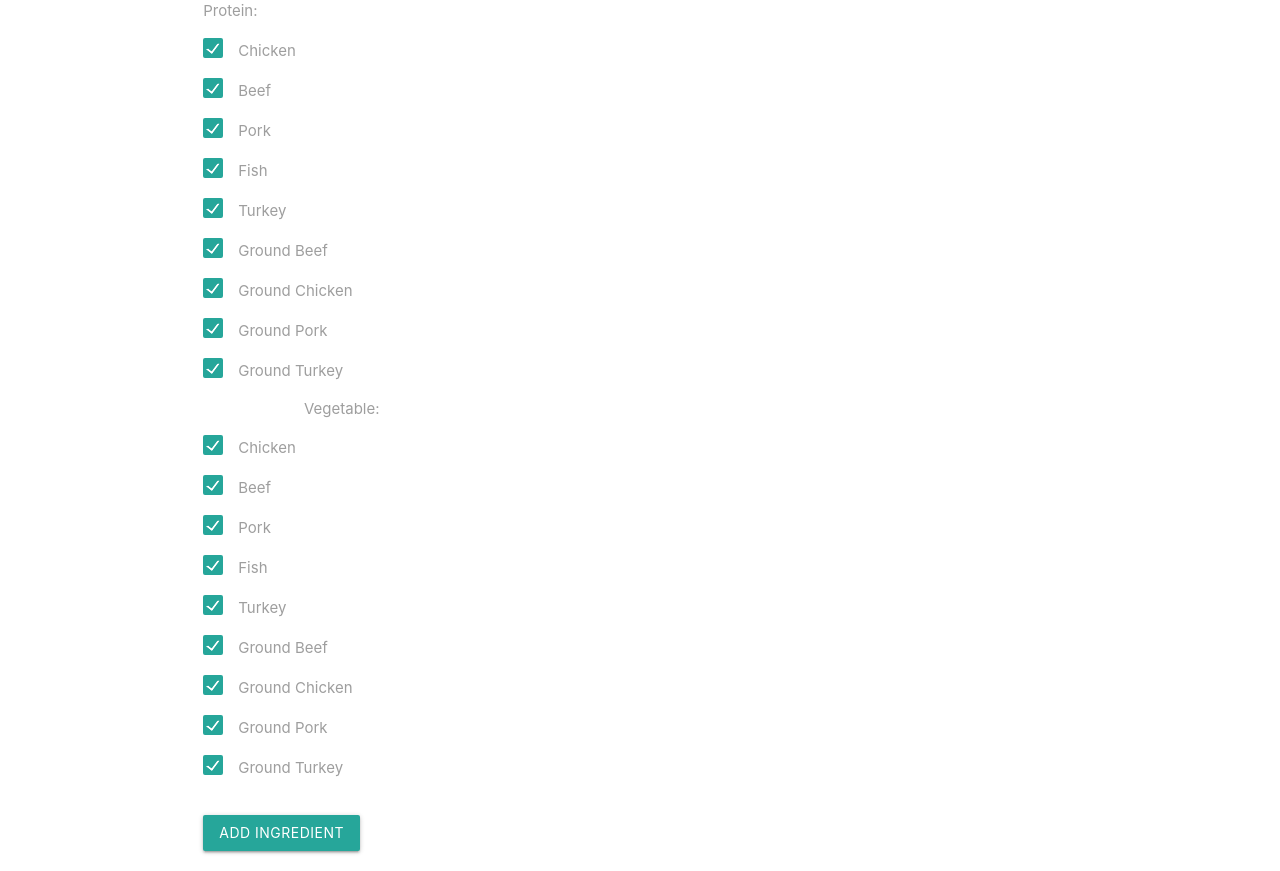
Repository: Aaron-R-Carter/Project1
Page: prototype.html
These files come from the project's save history. The page is drawn as it stood at one moment and after a run of saves; the edit follows.
The browser window is 1280 px wide. The pictures show the whole page.

Above is the page before, as saved 2019-10-31 23:31:42.
Console error: SyntaxError: Unexpected token '<'

After the next 2 saves:
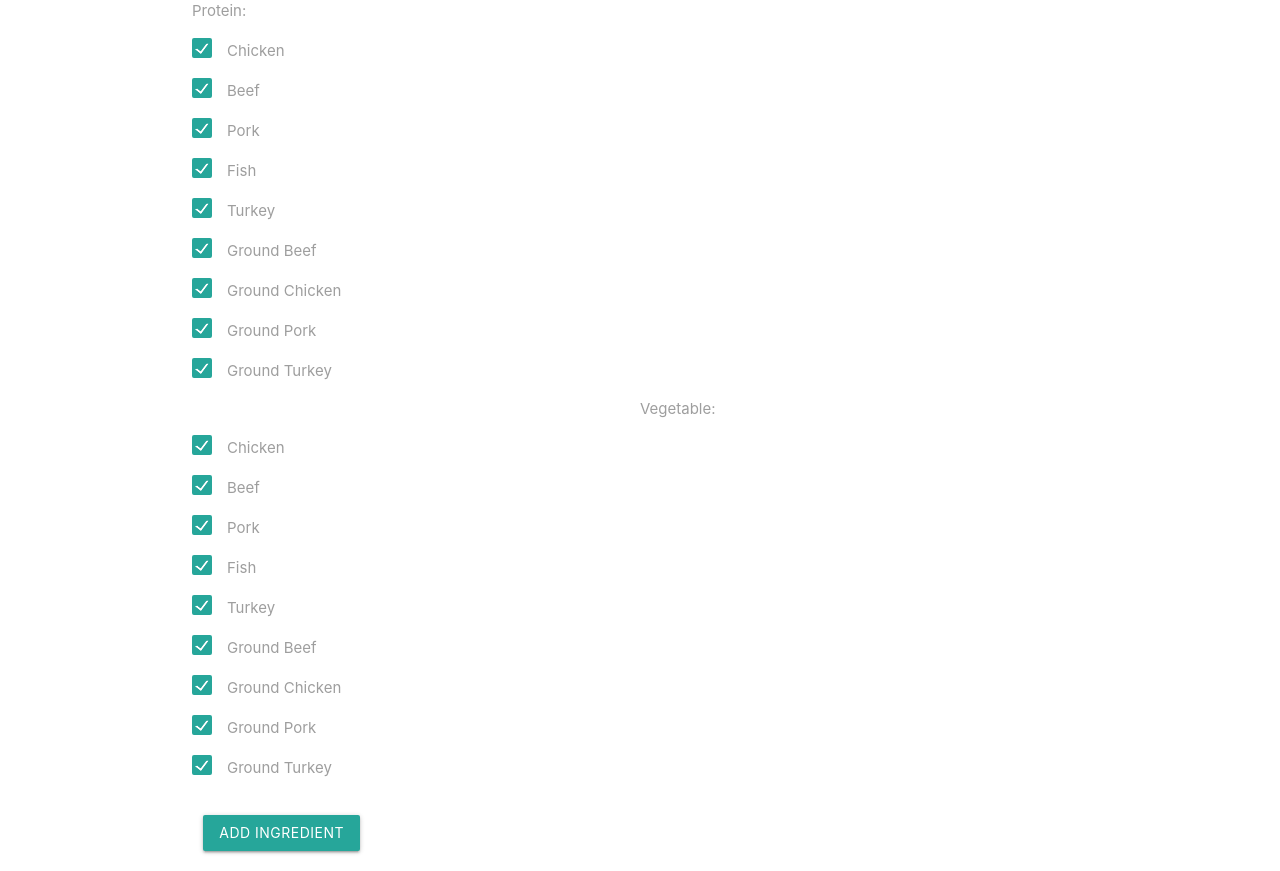
The 2 saves are shown as one change because they came seconds apart.
The last was saved 40 s later.
--- a/prototype.html
+++ b/prototype.html
@@ -16,7 +16,7 @@
 
     <div class="container">
         <div id="check-box" class="row">
-            <div class="col m3">
+            <div class="protein-col m3">
 
                 <form action="#">
                     <label type="text" class="label">Protein:</label>
